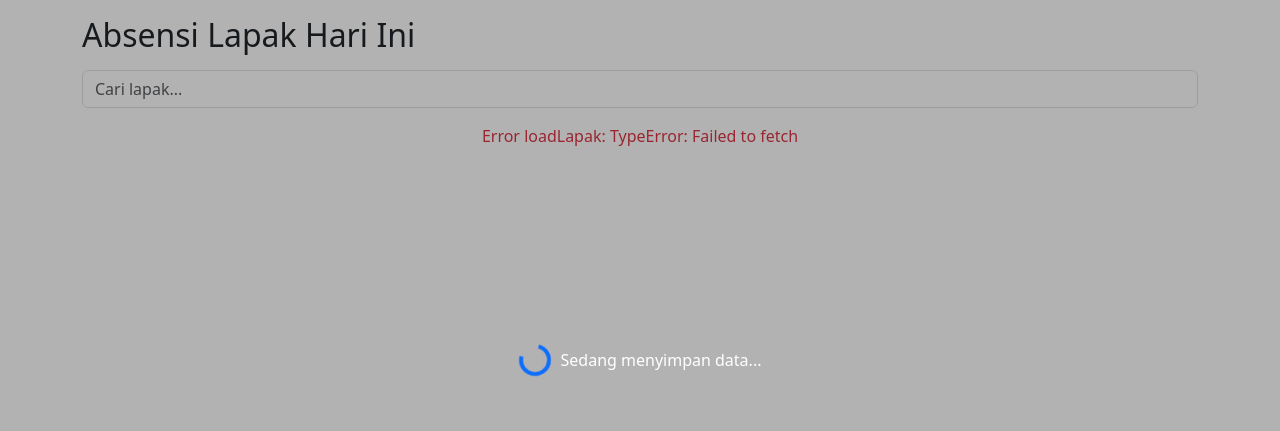
Repository: pasarrakyatbak/absensi
Page: index.html
An editor plug-in stored every save of this project. The page is shown before and after the next save, followed by the edit.
The browser window is 1280 px wide. The pictures show the whole page.
The page's requests for data from a server got no answer.

Above is the page before, as saved 2025-09-22 00:28:58.

### index.html
<!DOCTYPE html>
<html lang="id">

<head>
    <meta charset="UTF-8">
    <meta name="viewport" content="width=device-width, initial-scale=1.0">
    <title>Absensi Lapak</title>
    <link href="https://cdn.jsdelivr.net/npm/bootstrap@5.3.2/dist/css/bootstrap.min.css" rel="stylesheet">
    <link rel="stylesheet" href="style.css">
</head>

<body class="p-3">

    <div class="container">
        <h2 class="mb-3">Absensi Lapak Hari Ini</h2>
        <input type="text" id="searchInput" class="form-control mb-3" placeholder="Cari lapak...">
        <div class="row" id="lapakContainer"></div>
    </div>

    <!-- Modal Absensi -->
    <div id="absensiModal">
        <div class="modal-content">
            <p id="absensiInfo"></p>
            <button class="btn btn-success" id="modalAbsenBtn">Absen Sekarang</button>
            <button class="btn btn-secondary" onclick="closeAbsensiModal()">Tutup</button>
        </div>
    </div>

    <!-- Loader -->
    <div id="absensiLoading" class="d-flex">
        <div class="spinner-border text-primary" role="status"></div>
        <span id="absensiLoadingText" class="text-white">Sedang menyimpan data...</span>
    </div>

    <script src="script.js"></script>
</body>

</html>

### style.css
.lapak-card {
    cursor: pointer;
    transition: transform 0.2s;
}

.lapak-card:hover:not(.disabled) {
    transform: scale(1.05);
}

.disabled {
    pointer-events: none;
    opacity: 0.7;
}

#absensiModal {
    display: none;
    position: fixed;
    top: 0;
    left: 0;
    width: 100%;
    height: 100%;
    background: rgba(0, 0, 0, 0.5);
    justify-content: center;
    align-items: center;
    z-index: 9999;
}

#absensiModal .modal-content {
    background: #fff;
    padding: 20px;
    border-radius: 8px;
    width: 300px;
    text-align: center;
}

#absensiLoading {
    display: none;
    position: fixed;
    top: 0;
    left: 0;
    width: 100%;
    height: 100%;
    background: rgba(0, 0, 0, 0.3);
    justify-content: center;
    align-items: center;
    z-index: 9998;
}

#absensiLoading .spinner-border {
    margin-right: 10px;
}

### script.js
const API_URL = "https://script.google.com/macros/s/AKfycby4z2qZ24SrJkcyGpybH29lSUC_3_z1LG-7wSmTzpaOEXrwjXf0Cl3hqkg95qAxPj1-/exec";
let lapakData = [];
let currentLapakId = null;

// Cek hari
const isSunday = new Date().getDay() === 0; // 0 = Minggu

// Loader
function showAbsensiLoading(show, text = "Sedang menyimpan data...") {
    const loader = document.getElementById("absensiLoading");
    const loadingText = document.getElementById("absensiLoadingText");
    if (!loader || !loadingText) return;
    loader.style.display = show ? "flex" : "none"; // pastikan display
    loadingText.textContent = text;
}

// Load semua lapak
async function loadLapak() {
    showAbsensiLoading(true, "Sedang memuat data lapak...");

    try {
        const res = await fetch(API_URL + "?action=listLapak");
        const json = await res.json();

        if (!json.success) {
            console.error("Gagal load lapak:", json.message);
            document.getElementById("lapakContainer").innerHTML = `<p class="text-center text-danger">Gagal load data: ${json.message}</p>`;
            showAbsensiLoading(false);
            return;
        }

        lapakData = json.data.map(lapak => ({
            ...lapak,
            statusAbsensi: lapak.statusAbsensi || ""
        }));

        renderLapak(lapakData);
        showAbsensiLoading(false);

    } catch (err) {
        console.error("Error loadLapak:", err);
        document.getElementById("lapakContainer").innerHTML = `<p class="text-center text-danger">Error loadLapak: ${err}</p>`;
        showAbsensiLoading(false);
    }
}

// Render card lapak
function renderLapak(data) {
    const container = document.getElementById("lapakContainer");
    container.innerHTML = "";

    if (data.length === 0) {
        container.innerHTML = `<p class="text-center">Tidak ada data lapak.</p>`;
        return;
    }

    data.forEach(lapak => {
        const statusHadir = (lapak.statusAbsensi || "").includes("✅");

        const card = document.createElement("div");
        card.className = "col-md-4 col-sm-6 mb-3";
        card.innerHTML = `
            <div class="card lapak-card shadow-sm ${statusHadir ? 'disabled' : ''}"
                 data-no-lapak="${lapak.noLapak}" data-nama-lapak="${lapak.nama}">
                <div class="card-body text-center">
                    <h5 class="card-title">Lapak ${lapak.noLapak}</h5>
                    <p class="card-text">${lapak.nama}</p>
                    <p class="status-text ${statusHadir ? 'text-success' : 'text-danger'}">
                        ${statusHadir ? "✅ Hadir" : "❌ Belum"}
                    </p>
                </div>
            </div>
        `;

        const cardEl = card.querySelector(".lapak-card");

        if (!statusHadir && cardEl) {
            if (isSunday) {
                cardEl.addEventListener("click", () => openAbsensiModal(lapak.noLapak, lapak.nama));
                cardEl.addEventListener("dblclick", () => absenLapak(lapak.noLapak));
            } else {
                cardEl.style.cursor = "not-allowed";
            }
        }

        container.appendChild(card);
    });
}

// Modal
function openAbsensiModal(lapakId, lapakName) {
    const modal = document.getElementById("absensiModal");
    const info = document.getElementById("absensiInfo");
    currentLapakId = lapakId;
    if (info) info.textContent = `Absensi untuk Lapak ${lapakId} - ${lapakName}`;
    modal.style.display = "flex";
}
function closeAbsensiModal() {
    const modal = document.getElementById("absensiModal");
    if (modal) modal.style.display = "none";
}

// Absen dari modal
document.getElementById("modalAbsenBtn").addEventListener("click", () => {
    if (currentLapakId) absenLapak(currentLapakId);
    closeAbsensiModal();
});

// Fungsi absen optimistik + update lokal
async function absenLapak(noLapak) {
    if (!isSunday) {
        alert("❌ Absensi hanya bisa dilakukan hari Minggu.");
        return;
    }

    showAbsensiLoading(true, "Menyimpan absensi...");

    const card = document.querySelector(`.lapak-card[data-no-lapak="${noLapak}"]`);
    if (!card) {
        showAbsensiLoading(false);
        return;
    }
    const statusText = card.querySelector(".status-text");

    const oldText = statusText.textContent;
    const oldClass = statusText.className;

    statusText.textContent = "✅ Hadir";
    statusText.classList.remove("text-danger");
    statusText.classList.add("text-success");
    card.classList.add("disabled");

    try {
        const res = await fetch(API_URL, {
            method: "POST",
            headers: { "Content-Type": "application/x-www-form-urlencoded" },
            body: new URLSearchParams({
                action: "absen",
                noLapak,
                password: "panitia123"
            })
        });
        const json = await res.json();

        if (!json.success) {
            statusText.textContent = oldText;
            statusText.className = oldClass;
            card.classList.remove("disabled");
            alert(json.message || "❌ Gagal menyimpan absensi.");
        } else {
            const lapakIndex = lapakData.findIndex(l => String(l.noLapak) === String(noLapak));
            if (lapakIndex > -1) {
                lapakData[lapakIndex].statusAbsensi = "✅ Hadir";
                renderLapak(lapakData);
            }
        }
    } catch (err) {
        statusText.textContent = oldText;
        statusText.className = oldClass;
        card.classList.remove("disabled");
        alert("❌ Gagal menyimpan absensi.");
    }

    showAbsensiLoading(false);
}

// Search filter
document.getElementById("searchInput").addEventListener("input", (e) => {
    const keyword = e.target.value.toLowerCase();
    const filtered = lapakData.filter(l =>
        l.noLapak.toString().toLowerCase().includes(keyword) ||
        l.nama.toLowerCase().includes(keyword)
    );
    renderLapak(filtered);
});

// Load pertama kali
loadLapak();

After the next save:
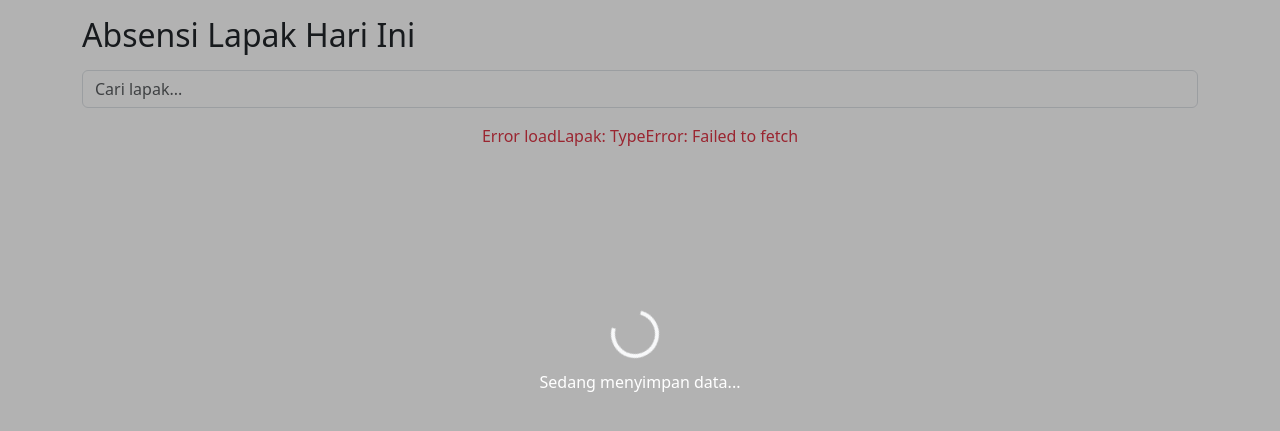
Saved 25 s later.
--- a/index.html
+++ b/index.html
@@ -28,9 +28,12 @@
 
     <!-- Loader -->
     <div id="absensiLoading" class="d-flex">
-        <div class="spinner-border text-primary" role="status"></div>
-        <span id="absensiLoadingText" class="text-white">Sedang menyimpan data...</span>
+        <div class="loader-content text-center">
+            <div class="spinner-border text-light" role="status" style="width:3rem;height:3rem;"></div>
+            <p id="absensiLoadingText" class="text-white mt-2">Sedang memproses...</p>
+        </div>
     </div>
+
 
     <script src="script.js"></script>
 </body>
